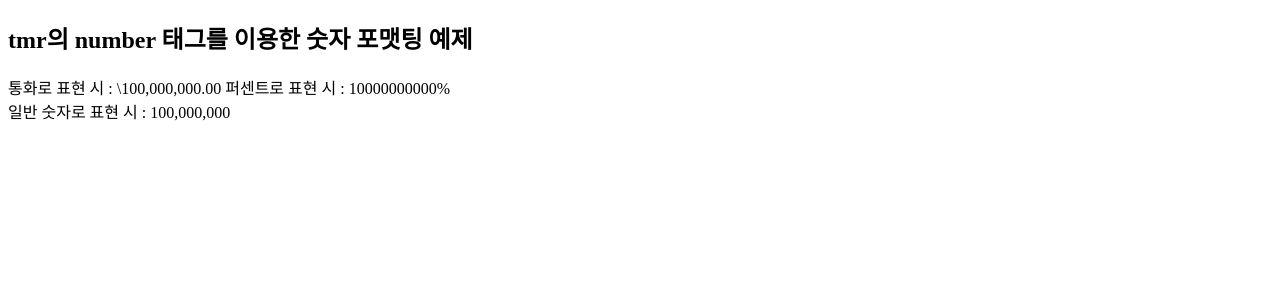
Repository: yw-son/yw-son
Page: http://localhost/pro14/jstl/formatTest.jsp
These files come from the project's save history. The page is drawn as it stood at one moment and after the next save; the edit follows.
The browser window is 1280 px wide. The pictures show the whole page.
The page is served by Tomcat 9. Other server files are loaded and not shown.

Above is the page before, as saved 2023-06-16 05:33:45.

### pro14/src/main/webapp/jstl/formatTest.jsp
<%@ page language="java" contentType="text/html; charset=UTF-8"
    pageEncoding="UTF-8"%>
<%@ taglib prefix="c" uri="http://java.sun.com/jsp/jstl/core" %>
<%@ taglib prefix="fmt" uri="http://java.sun.com/jsp/jstl/fmt" %>
<!DOCTYPE html>
<html>
<head>
<meta charset="UTF-8">
<title>formatTest.jsp</title>
</head>
<body>
	<h2>tmr의 number 태그를 이용한 숫자 포맷팅 예제</h2>
	<c:set var="price" value="100000000" />
	<fmt:formatNumber value="${price}" type="number" var="priceNumber" />
		통화로 표현 시 :
	<fmt:formatNumber type="currency" currencySymbol="\\" value="${price}"
						groupingUsed="true" />
		퍼센트로 표현 시 :
	<fmt:formatNumber value="${price}" type="percent" groupingUsed="false" /> <br>
	일반 숫자로 표현 시 : ${priceNumber} <br>
</body>
</html>

After the next save:
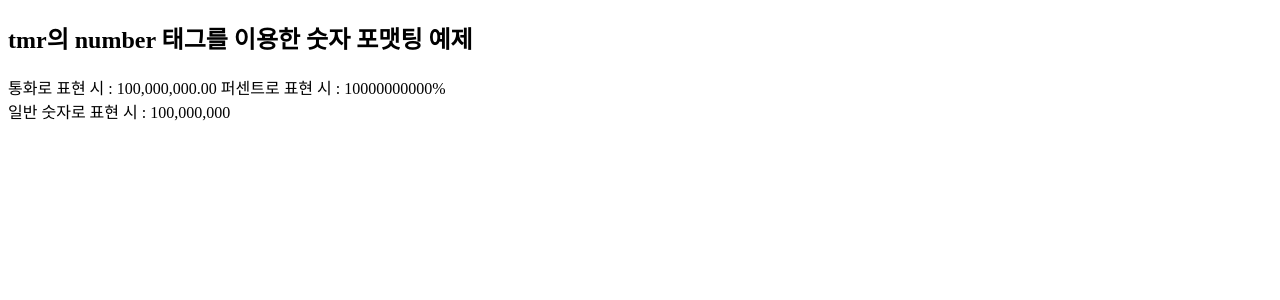
Saved 86 s later.
--- a/pro14/src/main/webapp/jstl/formatTest.jsp
+++ b/pro14/src/main/webapp/jstl/formatTest.jsp
@@ -13,7 +13,7 @@
 	<c:set var="price" value="100000000" />
 	<fmt:formatNumber value="${price}" type="number" var="priceNumber" />
 		통화로 표현 시 :
-	<fmt:formatNumber type="currency" currencySymbol="\\" value="${price}"
+	<fmt:formatNumber type="currency" currencySymbol="" value="${price}"
 						groupingUsed="true" />
 		퍼센트로 표현 시 :
 	<fmt:formatNumber value="${price}" type="percent" groupingUsed="false" /> <br>

After the save that followed:
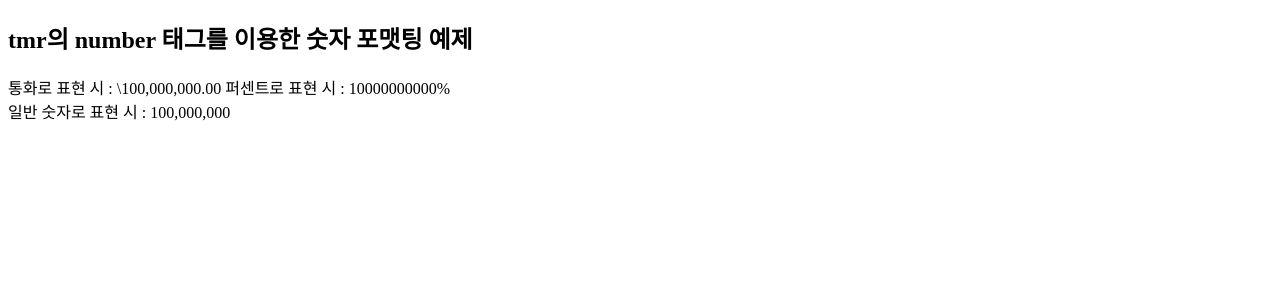
Saved 5 s later.
--- a/pro14/src/main/webapp/jstl/formatTest.jsp
+++ b/pro14/src/main/webapp/jstl/formatTest.jsp
@@ -13,7 +13,7 @@
 	<c:set var="price" value="100000000" />
 	<fmt:formatNumber value="${price}" type="number" var="priceNumber" />
 		통화로 표현 시 :
-	<fmt:formatNumber type="currency" currencySymbol="" value="${price}"
+	<fmt:formatNumber type="currency" currencySymbol="\\" value="${price}"
 						groupingUsed="true" />
 		퍼센트로 표현 시 :
 	<fmt:formatNumber value="${price}" type="percent" groupingUsed="false" /> <br>
